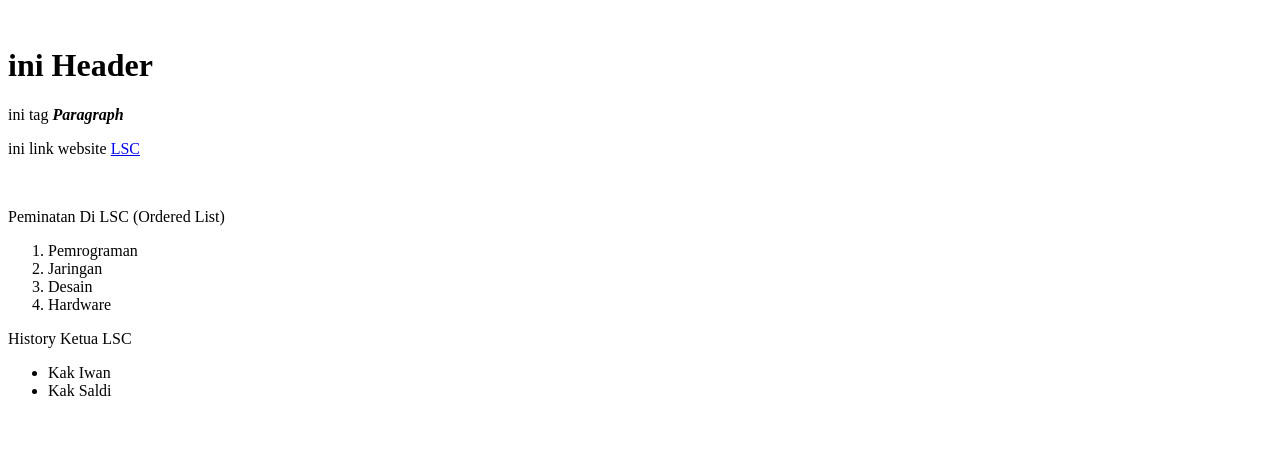
Repository: syawal2kalii/HelloWorld
Page: basichtml.htm
An editor plug-in stored every save of this project. The page is shown before and after the next save, followed by the edit.
The browser window is 1280 px wide. The pictures show the whole page.

Above is the page before, as saved 2019-11-17 01:23:11.

### basichtml.htm

<!--
Pertemuan 4
Overview
    Struktur Dasar
    Struktur Tag
        *Tag,Atribute,Property
    Berkenalan Dengan Beberapa Tag
        *header
        *Paragraph
        *Text Style (Bold,italic,font)
        *a
        *image
        *input
        *Table
        *form
        *list
        *link import
    Dimensi dari setiap tag (block,inline)
    Studi Case : login,register,table user (No Style)

     -->

<!DOCTYPE html>
<html lang="en">
<head>
    <meta charset="UTF-8">
    <meta name="viewport" content="width=device-width, initial-scale=1.0">
    <meta http-equiv="X-UA-Compatible" content="ie=edge">
    <title>Basic HTML (Pertemuan 5)</title>
</head>
<body>
    <!-- tag atribute value
        global -> style,class (https://www.w3.org/TR/2010/WD-html-markup-20101019/global-attributes.html)
        local -> src
    -->

    <img src="" alt="">
    <h1>ini Header</h1>
    <p>ini tag <b><i>Paragraph</i></b></p>
    <p>ini link website <a href="http://www.lscumi.info.tm">LSC</a> </p>
    <img src="" alt="">
   <p> Peminatan Di LSC (Ordered List) </p>
    <ol>
        <li>Pemrograman</li>
        <li>Jaringan</li>
        <li>Desain</li>
        <li>Hardware</li>
    </ol>

    <p>History Ketua LSC</p>
    <ul>
        <li>Kak Iwan</li>
        <li>Kak Saldi</li>
    </ul>


    <!-- <link rel="stylesheet" href="lscumi.info.tm">Ini link ke website LSC -->


</body>


</html>

<!-- kemungkinan Error
    1.tag a tanpa http
-->

After the next save:
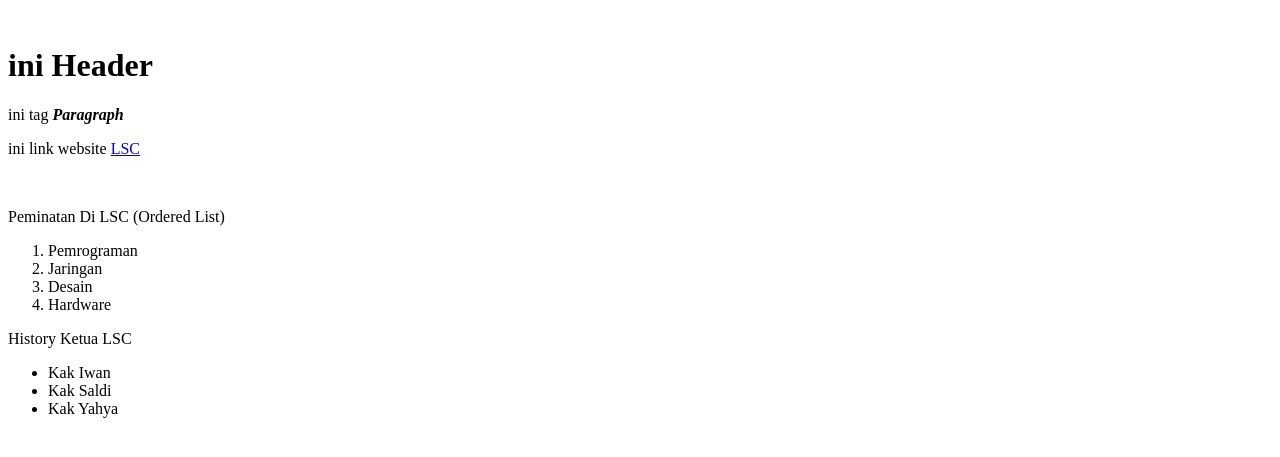
Saved 6 s later.
--- a/basichtml.htm
+++ b/basichtml.htm
@@ -52,6 +52,7 @@ Overview
     <ul>
         <li>Kak Iwan</li>
         <li>Kak Saldi</li>
+        <li>Kak Yahya</li>
     </ul>
 
 
